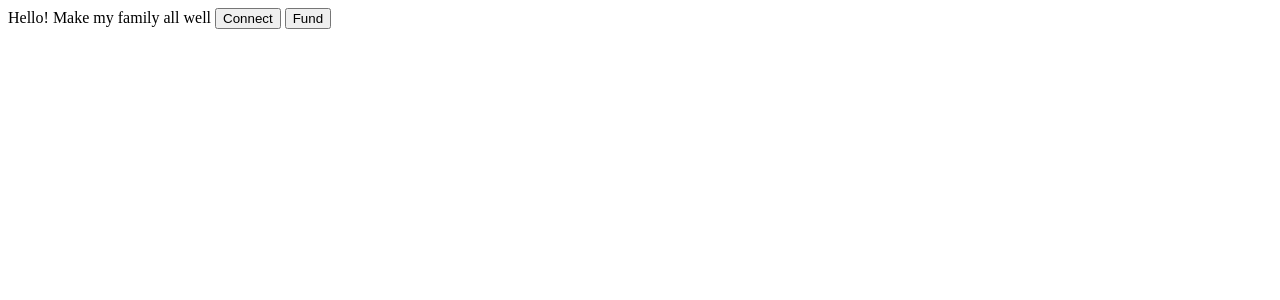
Repository: Sugunaramkumar/Fund-Me-App---FCC
Page: index.html
These files come from the project's save history. The page is drawn as it stood at one moment and after the next save; the edit follows.
The browser window is 1280 px wide. The pictures show the whole page.

Above is the page before, as saved 2022-07-22 06:28:36.
Console error: TypeError: Cannot set properties of null (setting 'onclick')

### index.html
<!DOCTYPE html>
<html lang="en">
<head>
    <title>Fund Me App</title>
</head>
<body>
   Hello!
    Make my family all well
    <script src="./index.js" type="module"></script>
    <button id="connectButton"> Connect </button>
    <button id="fund"> Fund </button>
</body>
</html>

### index.js
// in node js we use requite()
//in front end we cant use require
//import
import { ethers } from "./ethers-5.6.esm.min.js"
const connectButton = document.getElementById("connectButton")
const fundButton = document.getElementById("fundButton")
connectButton.onclick = connect
fundButton.onclick = fund

async function connect() {
    if (typeof window.ethereum !== "undefined") {
        await ethereum.request({ method: "eth_requestAccounts" })
        connectButton.innerHTML = "Connected"
    } else {
        connectButton.innerHTML = "Please install metamask!"
    }
}
//fund function

async function fund(ethAmount) {
    console.log(`Funding with ${ethAmount}...`)
    if (typeof window.ethereum !== "undefined") {
        //provider / connection to the blockchain
        //signer /wallet/someone with gas
        //contract that we are interacting with
        //^ ABI & address
    }
}

//withdraw

Loaded but not shown: ethers-5.6.esm.min.js (library)

After the next save:
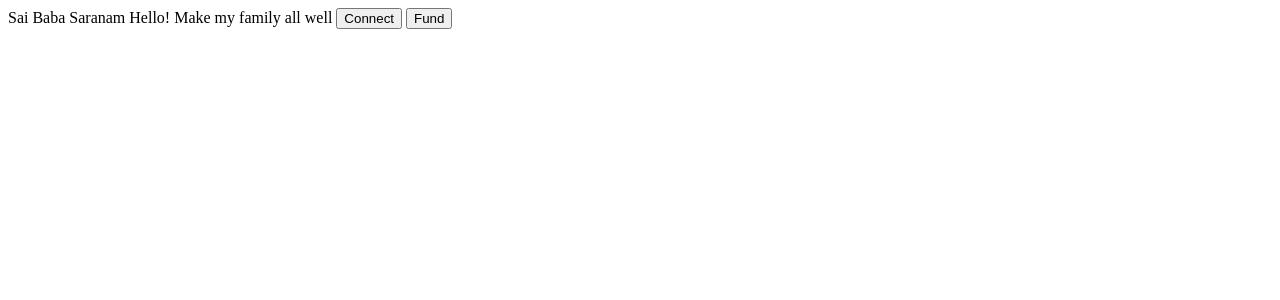
Saved 24 s later.
--- a/index.html
+++ b/index.html
@@ -4,7 +4,8 @@
     <title>Fund Me App</title>
 </head>
 <body>
-   Hello!
+    Sai Baba Saranam
+    Hello!
     Make my family all well
     <script src="./index.js" type="module"></script>
     <button id="connectButton"> Connect </button>
